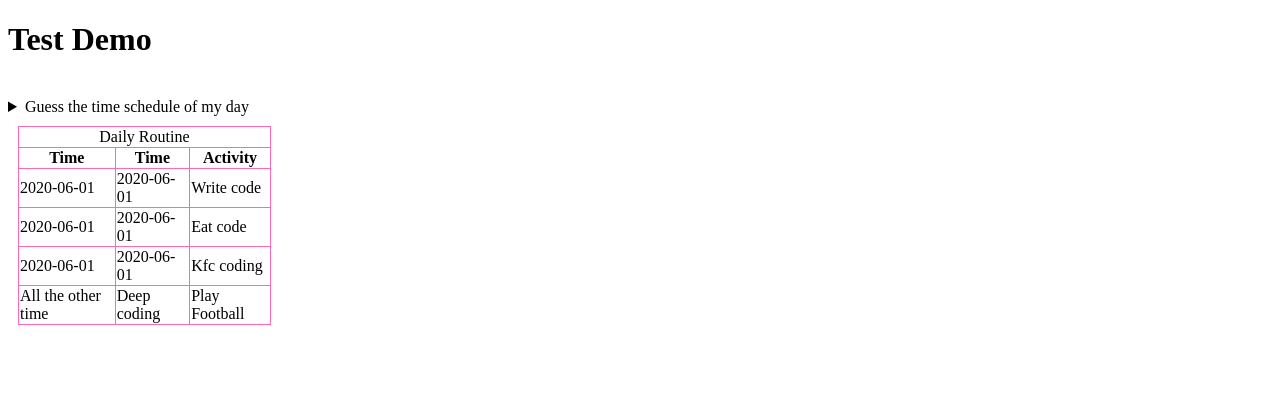
Repository: cavidk/taco_shop-web
Page: html basics/index.html
These files come from the project's save history. The page is drawn as it stood at one moment and after the next save; the edit follows.
The browser window is 1280 px wide. The pictures show the whole page.

Above is the page before, as saved 2024-06-07 16:44:36.

### html basics/index.html
<!DOCTYPE html>
<html lang="en">

<head>
   <meta charset="UTF-8">
   <meta name="viewport" content="width=device-width, initial-scale=1.0">
   <link rel="stylesheet" href="style.css" type="text/css">
   </link>

   <title>Document</title>
</head>

<body>
   <h1>Test Demo</h1>
   <br>
   <aside>
      <details>
         <summary>Guess the time schedule of my day</summary>
         <p>Details</p>

   </aside>


   <table border="2">

      <td id="head1" colspan="3">Daily Routine</td>
      <tr>
         <th>Time</th>
         <th>Time</th>
         <th>Activity</th>
      <tr id="border1">
         <td>
            <time datetime="2020-06-01">2020-06-01</time>
           </td>
             <td>
            <time datetime="11:00">2020-06-01</datetime>
         </td>
         <td>Write code</td>
      </tr>

      <tr>
         <td>
            <time datetime="2020-06-01">2020-06-01</time>
           </td>
           <td>
            <time datetime="11:00">2020-06-01</datetime>
           </td
         </td>
         <td>Eat code</td>
      </tr>

      <tr>
         <td>
            <time datetime="2020-06-01">2020-06-01</time>
           </td>
             <td>
            <time datetime="11:00">2020-06-01</datetime>
         </td>
         <td>Kfc coding</td>
      </tr>

      <tr>
         <td>
            All the
            other time
         </td>

         <td>Deep coding</td>
         <td>Play Football</td>
         </th>
         </tr>
      </tr>
   </table>

</body>

</html>

### html basics/style.css
table{
      width: 20%;
      border-collapse: collapse;
      margin: 10px;
      padding: 10px;;
      border-radius: 50px;
      border: none;
      border-color: hotpink
}

#head1{

    text-align: center;
}

After the next save:
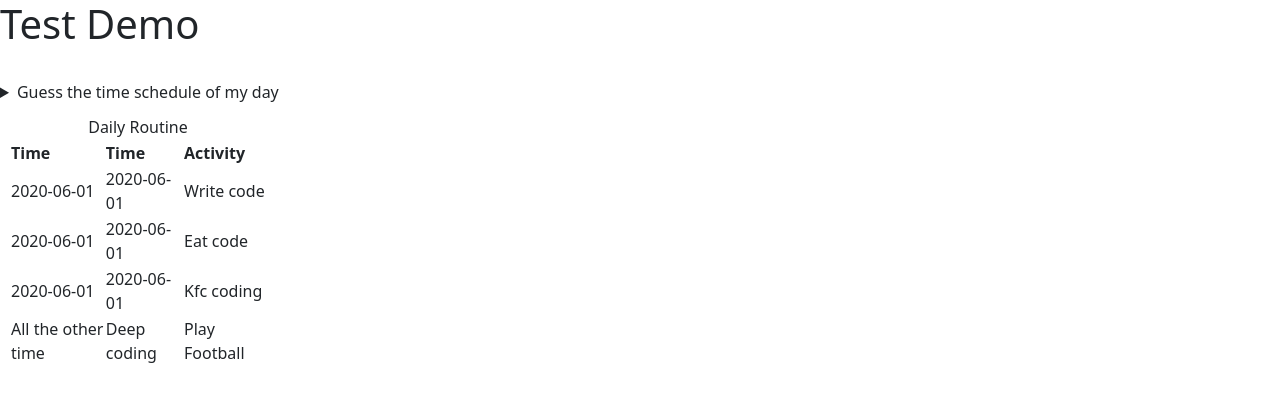
Saved 54 s later.
--- a/html basics/index.html
+++ b/html basics/index.html
@@ -6,6 +6,7 @@
    <meta name="viewport" content="width=device-width, initial-scale=1.0">
    <link rel="stylesheet" href="style.css" type="text/css">
    </link>
+   <link href="https://cdn.jsdelivr.net/npm/bootstrap@5.3.3/dist/css/bootstrap.min.css" rel="stylesheet" integrity="sha384-QWTKZyjpPEjISv5WaRU9OFeRpok6YctnYmDr5pNlyT2bRjXh0JMhjY6hW+ALEwIH" crossorigin="anonymous">
 
    <title>Document</title>
 </head>
